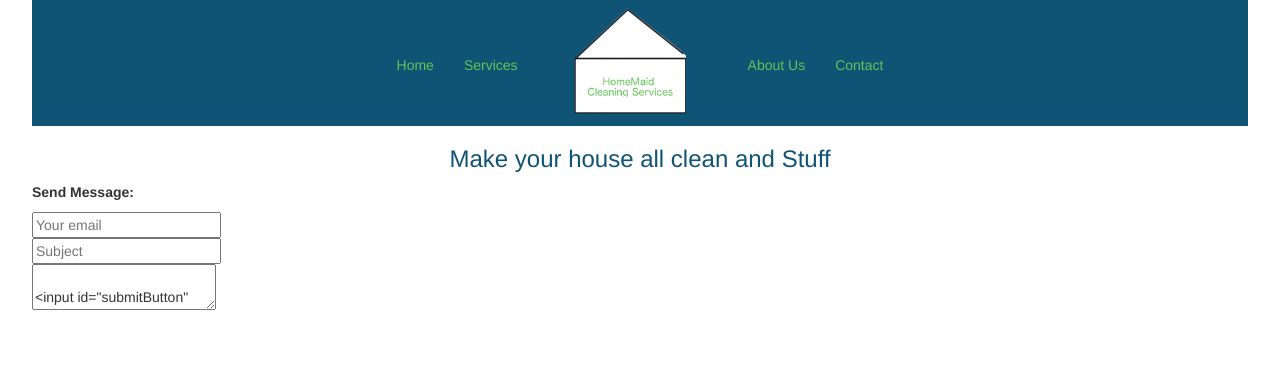
Repository: alprusa/HomeMaid-Cleaning-Service
Page: HomeMaid-Cleaning-Service/contact/index.html
These files come from the project's save history. The page is drawn as it stood at one moment and after the next save; the edit follows.
The browser window is 1280 px wide. The pictures show the whole page.

Above is the page before, as saved 2016-07-11 04:08:09.

After the next save:
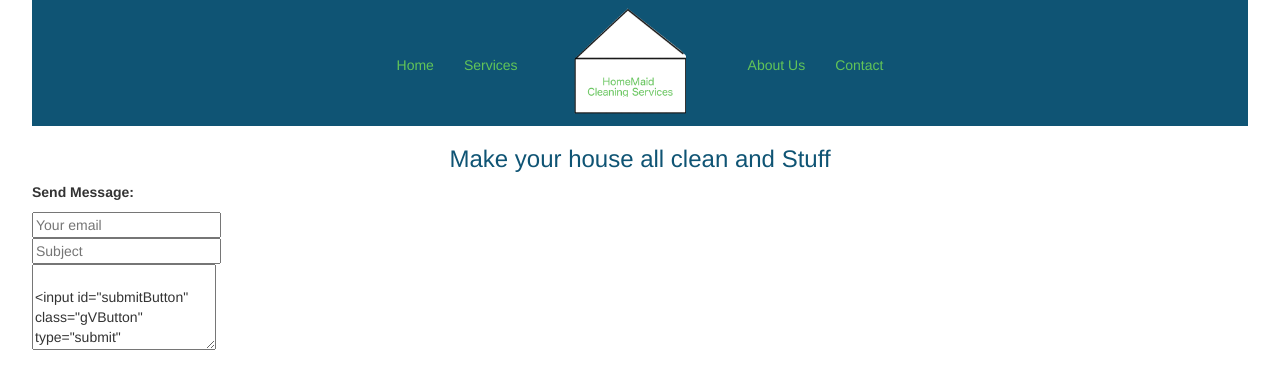
Saved 7 s later.
--- a/HomeMaid-Cleaning-Service/contact/index.html
+++ b/HomeMaid-Cleaning-Service/contact/index.html
@@ -63,7 +63,7 @@
 	 				<p><b>Send Message:</b></p>
 					<input type="text" name="email" id="email" placeholder="Your email" required><br>
 					<input type="text" name="Subject" id="Subject" placeholder="Subject" required><br>
-					<textarea type="text" name="Message" id="Message" placeholder="Your Message" required>
+					<textarea type="text" name="Message" rows=4 id="Message" placeholder="Your Message" required>
 					<input id="submitButton" class="gVButton" type="submit" value="Submit" style="margin-top: 5px;" onclick="calcRoute();">
 					<p style="color: #E82C0C;" id="errorText" class="hidden">Sorry there was an issue sending your message.</p>
 	 			</form>
